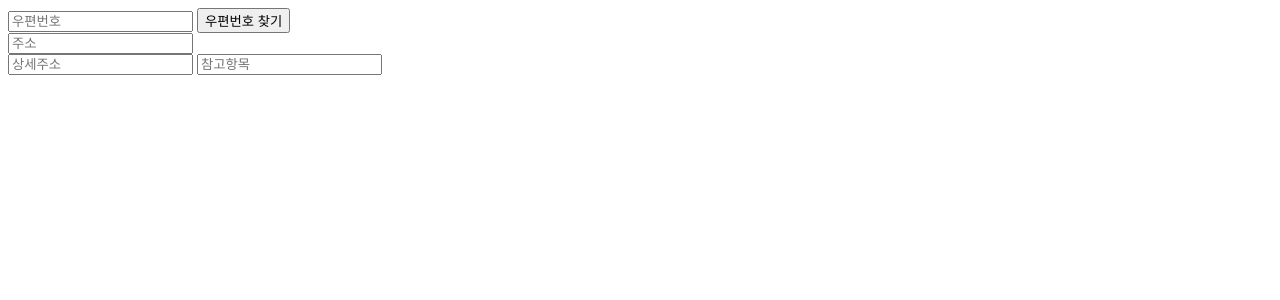
Repository: zhyuk/FullStackStudy
Page: http://localhost/jspthree/19_01_daumApi.jsp
An editor plug-in stored every save of this project. The page is shown before and after the next save, followed by the edit.
The browser window is 1280 px wide. The pictures show the whole page.
The page is served by Tomcat 9. Other server files are loaded and not shown.

Above is the page before, as saved 2024-09-03 06:48:26.

### jsp/jspwork/jspthree/src/main/webapp/19_01_daumApi.jsp
<%@ page language="java" contentType="text/html; charset=UTF-8"
	pageEncoding="UTF-8"%>
<!DOCTYPE html>
<html>
<head>
<meta charset="UTF-8">
<title>Insert title here</title>
</head>
<body>
	<form action="" method="">
		<input type="text" id="sample6_postcode" placeholder="우편번호">
		<input type="button" onclick="sample6_execDaumPostcode()" value="우편번호 찾기"><br>
		<input type="text" id="sample6_address" placeholder="주소"><br>
		<input type="text" id="sample6_detailAddress" placeholder="상세주소">
		<input type="text" id="sample6_extraAddress" placeholder="참고항목">
	</form>

	<script
		src="//t1.daumcdn.net/mapjsapi/bundle/postcode/prod/postcode.v2.js"></script>
	<script>
		function sample6_execDaumPostcode() {
			new daum.Postcode(
					{
						oncomplete : function(data) {
							// 팝업에서 검색결과 항목을 클릭했을때 실행할 코드를 작성하는 부분.

							// 각 주소의 노출 규칙에 따라 주소를 조합한다.
							// 내려오는 변수가 값이 없는 경우엔 공백('')값을 가지므로, 이를 참고하여 분기 한다.
							var addr = ''; // 주소 변수
							var extraAddr = ''; // 참고항목 변수

							//사용자가 선택한 주소 타입에 따라 해당 주소 값을 가져온다.
							if (data.userSelectedType === 'R') { // 사용자가 도로명 주소를 선택했을 경우
								addr = data.roadAddress;
							} else { // 사용자가 지번 주소를 선택했을 경우(J)
								addr = data.jibunAddress;
							}

							// 사용자가 선택한 주소가 도로명 타입일때 참고항목을 조합한다.
							if (data.userSelectedType === 'R') {
								// 법정동명이 있을 경우 추가한다. (법정리는 제외)
								// 법정동의 경우 마지막 문자가 "동/로/가"로 끝난다.
								if (data.bname !== ''
										&& /[동|로|가]$/g.test(data.bname)) {
									extraAddr += data.bname;
								}
								// 건물명이 있고, 공동주택일 경우 추가한다.
								if (data.buildingName !== ''
										&& data.apartment === 'Y') {
									extraAddr += (extraAddr !== '' ? ', '
											+ data.buildingName
											: data.buildingName);
								}
								// 표시할 참고항목이 있을 경우, 괄호까지 추가한 최종 문자열을 만든다.
								if (extraAddr !== '') {
									extraAddr = ' (' + extraAddr + ')';
								}
								// 조합된 참고항목을 해당 필드에 넣는다.
								document.getElementById("sample6_extraAddress").value = extraAddr;

							} else {
								document.getElementById("sample6_extraAddress").value = '';
							}

							// 우편번호와 주소 정보를 해당 필드에 넣는다.
							document.getElementById('sample6_postcode').value = data.zonecode;
							document.getElementById("sample6_address").value = addr;
							// 커서를 상세주소 필드로 이동한다.
							document.getElementById("sample6_detailAddress")
									.focus();
						}
					}).open();
		}
	</script>
</body>
</html>

After the next save:
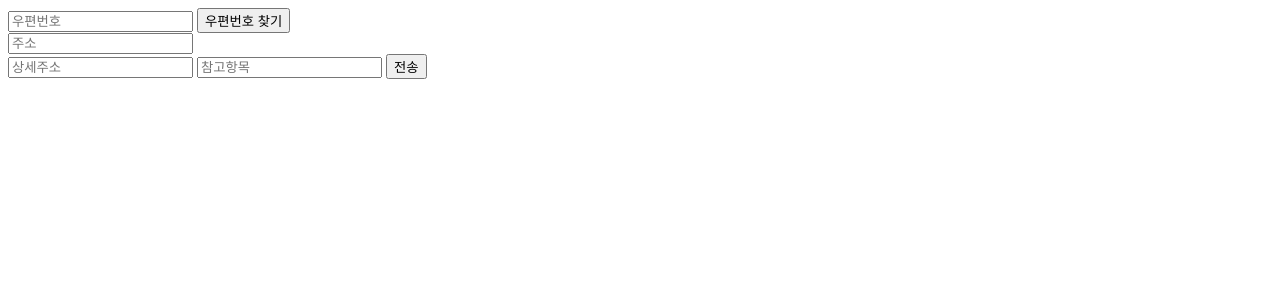
Saved 28 s later.
--- a/jsp/jspwork/jspthree/src/main/webapp/19_01_daumApi.jsp
+++ b/jsp/jspwork/jspthree/src/main/webapp/19_01_daumApi.jsp
@@ -7,12 +7,13 @@
 <title>Insert title here</title>
 </head>
 <body>
-	<form action="" method="">
+	<form action="19_01_daumResult.jsp" method="post">
 		<input type="text" id="sample6_postcode" placeholder="우편번호">
 		<input type="button" onclick="sample6_execDaumPostcode()" value="우편번호 찾기"><br>
 		<input type="text" id="sample6_address" placeholder="주소"><br>
 		<input type="text" id="sample6_detailAddress" placeholder="상세주소">
 		<input type="text" id="sample6_extraAddress" placeholder="참고항목">
+		<input type="submit" value="전송">
 	</form>
 
 	<script
